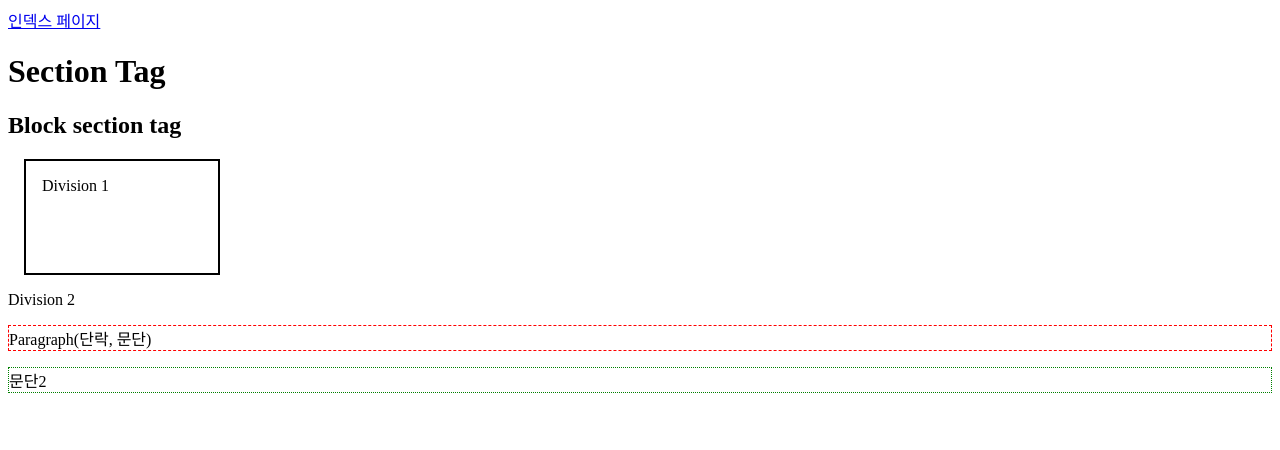
Repository: Sid0130/HTML
Page: lab-web/lab01_html/src/main/webapp/section.html
These files come from the project's save history. The page is drawn as it stood at one moment and after the next save; the edit follows.
The browser window is 1280 px wide. The pictures show the whole page.

Above is the page before, as saved 2024-12-03 02:46:30.

After the next save:
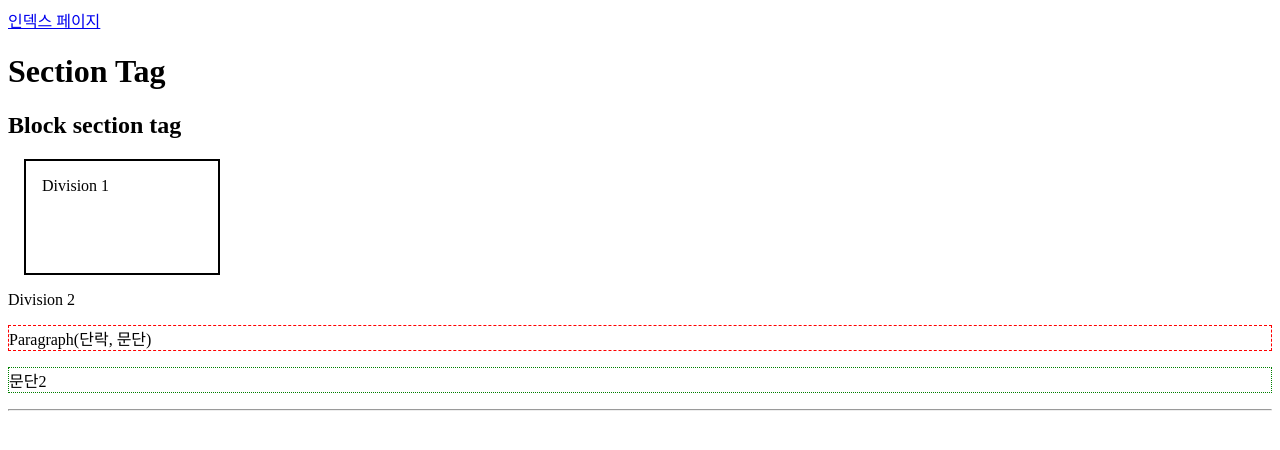
Saved 2 min 59 s later.
--- a/lab-web/lab01_html/src/main/webapp/section.html
+++ b/lab-web/lab01_html/src/main/webapp/section.html
@@ -18,5 +18,7 @@
                 <p style="border: 1px dashed red;">Paragraph(단락, 문단)</p>
                 <p style="border: 1px dotted green;">문단2</p>
             </div>
+
+            <hr /> <!-- horizontal ruler -->
         </body>
 </html>
